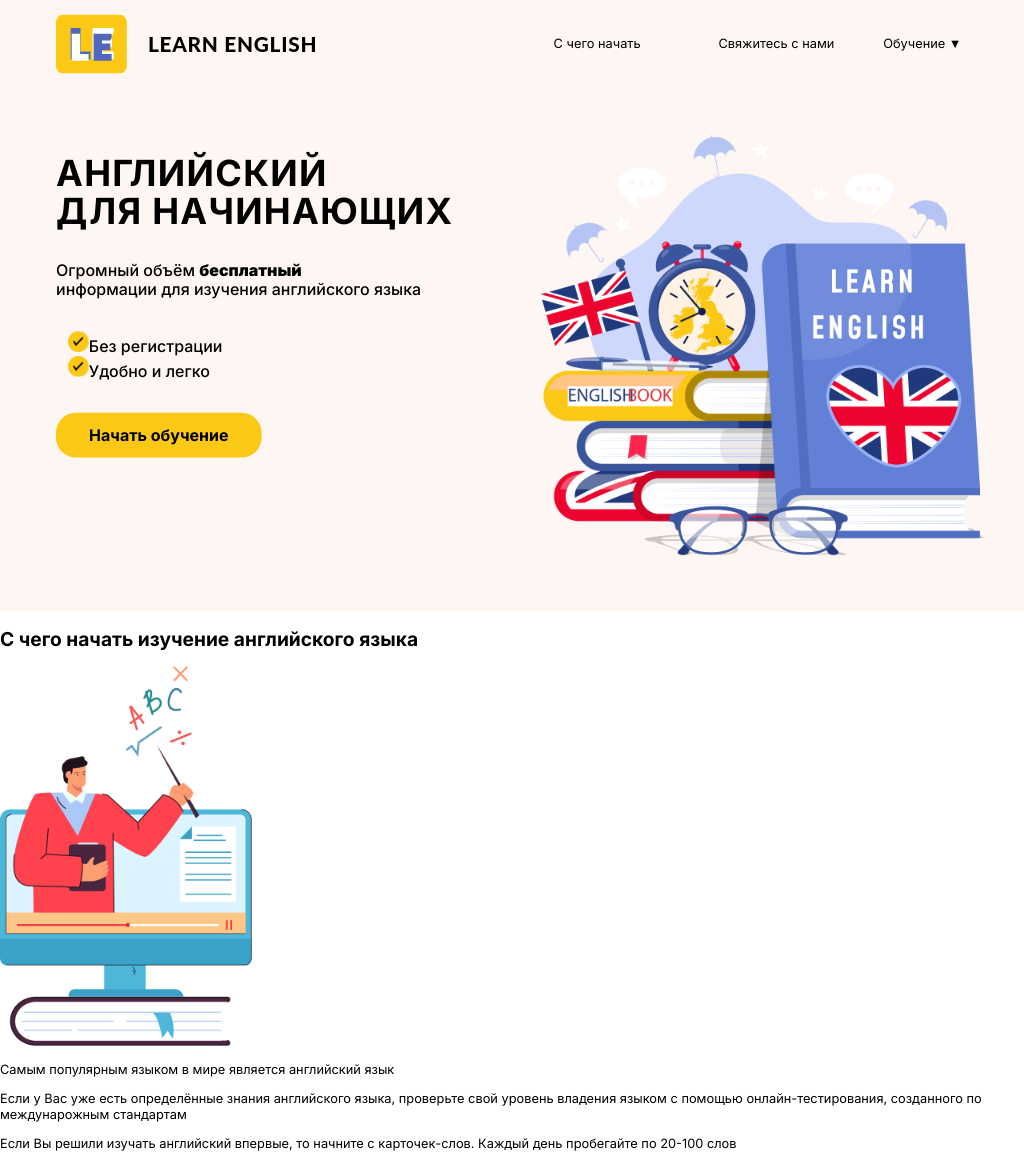
Repository: WladimirVA/Diplom
Page: scool/index.html
These files come from the project's save history. The page is drawn as it stood at one moment and after the next save; the edit follows.
The browser window is 1280 px wide. The pictures show the whole page, at 80% of full size.

Above is the page before, as saved 2023-07-06 18:23:10.

### scool/index.html
<!DOCTYPE html>
<html lang="en">
<head>
    <meta charset="UTF-8">
    <meta name="viewport" content="width=device-width, initial-scale=1.0">
    <link href="./css/index.css" rel="stylesheet" type="text/css">
    <link href="../static/css/fonts.css" rel="stylesheet" type="text/css">
    <link rel="icon" sizes="16x16" href="./img/Vector.svg" type="image/x-icon">
    <title>Learn english</title>
</head>
<body>
    <header class="header" di="HOME">
        <div class="section">
            <div class="section-header">
                <div class="logo">
                    <img src="./img/Vector.svg">
                    <p>Learn english</p>
                </div>
                <div>

                    <ul class="ddropdownn">
                        <li class="ddropdownn-top">
                        <a class="ddropdownn-top" href="#">С чего начать</a>
                        </li>
                        <li class="ddropdownn-top">
                            <a class="ddropdownn-top" href="#">Свяжитесь с нами</a>
                        </li>
                        <li class="ddropdownn-top">
                        <a class="ddropdownn-top" href="#">Обучение &#9660;</a>
                            <ul class="ddropdownn-inside">
                                <li><a href="/">Карточки-слова</a></li>
                                <li><a href="/">Самоучитель</a></li>
                                <li><a href="/">Видео</a></li>
                                <li><a href="/">Тестирование</a></li>
                                <li><a href="/">Картинки</a></li>
                            </ul>
                        </li>

                    </ul>

                    <!-- <ul class="header-nav">
                        <li><a class="link" href="#ADVAN_TEST">С чего начать</a></li>
                        <li><a class="link" href="#LANGUAGE_LEVELS">Обучение &#9660;</a></li>
                        <li><a class="link" href="mailto:Vorobeyenglish@ya.ru">Свяжитесь с нами</a></li>
                         <li><a class="link" href="#">О проекте</a></li>
                    </ul> -->
                </div>
            </div>
        </div>
    </header>
    <main>
        <section class="BEGINNES">
            <div class="section">
                <div class="content-beginners">
                    <div class="beginners-inf">
                        <h1>Английский <br>для начинающих</h1>
                        <p>Огромный объём <span  style="font-weight:900"> бесплатный <br></span> информации для изучения английского языка</p>
                        <div>
                            <ul class="home_ul">
                                <li class="home_li"><img class="check" src="./img/Иконка _Галочка_ 3.svg">Без регистрации</li>
                                <li class="home_li"><img class="check" src="./img/Иконка _Галочка_ 3.svg">Удобно и легко</li>
                            </ul>
                        </div>
                        <div class="buttonsHome">
                            <form action="#" method="post">
                                <button class="button_home">Начать обучение</button>
                            </form>
                        </div>
                    </div>
                    <div class="beginners-img">
                        <img src="./img/BACKGROUND.png" alt="foto">
                    </div>
                </div>
            </div>
        </section>
        <section class="LEARNING">
            <div class="section">
                <div class="content-learning">
                    <h1>С чего начать изучение английского языка</h1>
                        <div class="learning1">
                            <div class="img-learning">
                                <img src="./img/Group 31.png" alt="foto">
                            </div>
                            <div class="learning-text">
                                <div>
                                    <p>Самым популярным языком в мире является английский язык</p>
                                </div>
                                <div>
                                    <p>Если у Вас уже есть определённые знания английского языка, проверьте свой уровень владения языком с помощью онлайн-тестирования, созданного по междунарожным стандартам</p>
                                </div>
                                <div>
                                    <p>Если Вы решили изучать английский впервые, то начните с карточек-слов. Каждый день пробегайте по 20-100 слов</p>
                                </div>
                            </div>
                        </div>
                </div>
            </div>
        </section>
    </main>

</body>
</html>

### scool/css/index.css
body {
    scroll-behavior: smooth;
    align-items: center;
    width: 100%;
    max-width: 1366px;
    margin: auto;
    font-family: 'Inter', 'Work Sans', "NunitoSans-Light", Arial, Helvetica, sans-serif;
}

.logo {
    display: flex;
    align-items: center;
}

.logo p {
    font-family: Lato;
    font-size: 26px;
    font-weight: 800;
    line-height: 48px;
    letter-spacing: 0.035em;
    text-align: left;
    text-transform: uppercase;
    padding-left: 1em;
}

/* .link {
    font-family: Inter;
    font-size: 16px;
    font-weight: 500;
    line-height: 20px;
    letter-spacing: 0em;
    padding-right: 60px;
    text-decoration: none;
    color: #000000;


}

.header-nav {
    display: flex;
    list-style-type: none;
    padding-top: 20px;
} */
/* Стили выпадающего списка */
ul.ddropdownn li {/* Считаем координаты относительно исходного места. */
    position: relative; }
ul.ddropdownn, ul.ddropdownn-inside {
    /* Отступы на нуле. */
    padding: 0;
    /* Маркеры уберем. */
    list-style-type: none;
    }
ul.ddropdownn-inside {
    /* Спрячем дочерние элементы выпадающего списка. */
    left: -9999px;
    position: absolute;
    }
ul.ddropdownn li.ddropdownn-top {
    /* Небольшой отступ. */
    margin: 20px 1px 0 0;
    /* Выравнивание по левой стороне. */
    float: left;
    display: inline;
    }
ul.ddropdownn li.ddropdownn-top a {
    /* Делаю элементы блочными. */
    display: block;
    /* Снова отступы. */
    padding: 3px 30px 4px;
    text-decoration: none;
    color: black;
    font-family: Inter;
    width: 145px;
    }
/* ul.ddropdownn a.ddropdownn-top {/* Цвет фона. */ background: #FEF6F3; } */
ul.ddropdownn a.ddropdownn-top:hover {/* Отступы. */ padding: 13px 20px 4px; }
ul.ddropdownn li.ddropdownn-top:hover .ddropdownn-inside {
    left: 0;
    /* Делаю элементы блочными. */
    display: block;
    }
ul.ddropdownn .ddropdownn-inside {/* Цвет фона. */ background: #FEF6F3; }
ul.ddropdownn .ddropdownn-inside a:hover {/* Цвет фона изменится при наведении. */
    background: #FEF6F3; }


@media screen and (max-width: 745px) {
    .header-nav {
        display: block;
        padding-top: 0px;
    }
}


.section-header {
    display: flex;
    justify-content: space-between;
    background-color: #FEF6F3;
    padding: 5px 0px 0 70px;

}

.BEGINNES {
    background: #FEF6F3;
}

.content-beginners {
    display: flex;
    justify-content: space-between;
}

.beginners-inf {
    padding: 50px 0 0 70px;
}

.beginners-inf h1 {
    font-family: Inter;
    font-size: 44px;
    font-weight: 700;
    line-height: 48px;
    letter-spacing: -0.08em;
    text-align: left;
    text-transform: uppercase;
    font-family: Inter;
    font-size: 45px;
    font-weight: 700;
    line-height: 48px;
    letter-spacing: 0.035em;
    text-align: left;
}

.content-beginners {
    font-family: Inter;
    font-size: 22px;
    font-weight: 700;
    line-height: 24px;
    letter-spacing: 0em;
    text-align: left;

    font-family: Inter;
    font-size: 22px;
    font-weight: 500;
    line-height: 24px;
    letter-spacing: 0em;
    text-align: left;

    font-family: Inter;
    font-size: 20px;
    font-weight: 500;
    line-height: 24px;
    letter-spacing: 0em;
    text-align: left;
}

.home_ul {
    list-style-type: none;
    padding: 20px 0 20px 0;
}

.check {
    margin-left: 15px;
}

.button_home {
    font-family: Inter;
    font-size: 20px;
    font-weight: 700;
    line-height: 24px;
    letter-spacing: 0em;
    text-align: center;
    background:#FBC815;
    border-style: none;
    border-radius: 25px;
    width: 257px;
    height: 56px;
}

### static/css/fonts.css
/* @import url('https://fonts.googleapis.com/css2?family=Work+Sans:ital,wght@0,600;0,800;1,800&display=swap'); */


/* @import url('https://fonts.googleapis.com/css2?family=Inter:wght@400;500;600;700;800&family=Work+Sans:ital,wght@0,600;0,800;1,800&display=swap'); */


@import url('https://fonts.googleapis.com/css2?family=Inter:wght@100;200;300;400;500;600;700;800;900&display=swap');

@import url('https://fonts.googleapis.com/css2?family=Inter:wght@100;200;300;400;500;600;700;800;900&family=Work+Sans:ital,wght@0,100;0,200;0,300;0,400;0,500;0,600;0,700;0,800;0,900;1,100;1,200;1,300;1,400;1,500;1,600;1,700;1,800;1,900&display=swap');

After the next save:
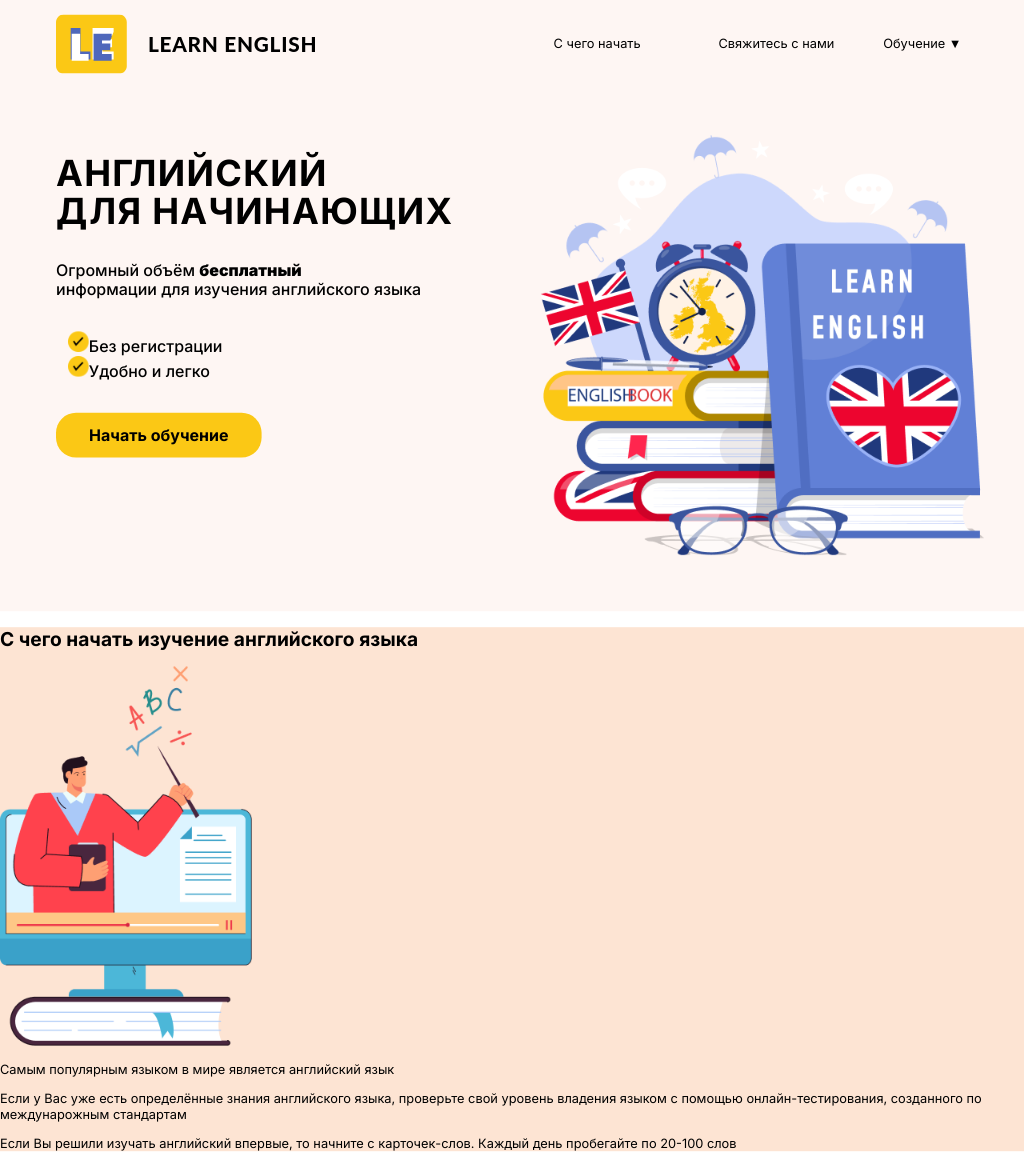
Saved 58 s later.
--- a/scool/css/index.css
+++ b/scool/css/index.css
@@ -174,3 +174,7 @@ ul.ddropdownn .ddropdownn-inside a:hover {/* Цвет фона изменитс
     width: 257px;
     height: 56px;
 }
+
+.content-learning {
+    background: #FDE4D3;
+}
